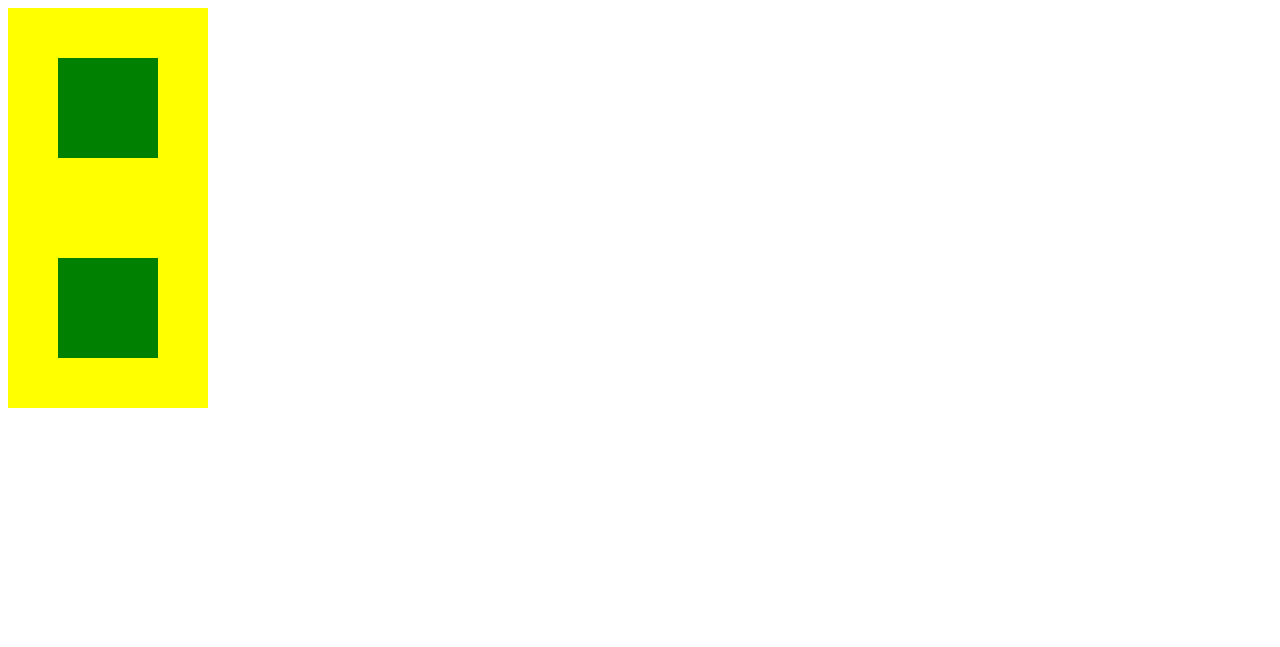
Repository: LumiereXyloto/javascript-data-structure
Page: 实现指定效果/水平垂直居中.html
An editor plug-in stored every save of this project. The page is shown before and after the next save, followed by the edit.
The browser window is 1280 px wide. The pictures show the whole page.

Above is the page before, as saved 2020-02-25 02:07:46.

### 实现指定效果/水平垂直居中.html
<!DOCTYPE html>
<html lang="en">
<head>
  <meta charset="UTF-8">
  <meta name="viewport" content="width=device-width, initial-scale=1.0">
  <title>Document</title>
  <style>
    .wrap1 {
      width: 200px;
      height: 200px;
      background: yellow;
      position: relative;
    }
    .wrap1 .center {
      width: 100px;
      height: 100px;
      background: green;
      margin: auto;
      position: absolute;
      left: 0;
      right: 0;
      top: 0;
      bottom: 0;
    }

    .wrap2{
      width: 200px;
      height: 200px;
      background: yellow;
      display: table-cell;
      vertical-align: middle;
      text-align: center;
    }
    .center2{
      display: inline-block;
      vertical-align: middle;
      width: 100px;
      height: 100px;
      background: green;
    }
  </style>
</head>
<body>
  <div class="wrap1">
    <div class="center"></div>
  </div>
  <div class="wrap2">
    <div class="center2"></div>
  </div>
  <div class="wrap">
    <div class="center"></div>
  </div>
  <div class="wrap">
    <div class="center"></div>
  </div>
</body>
</html>

After the next save:
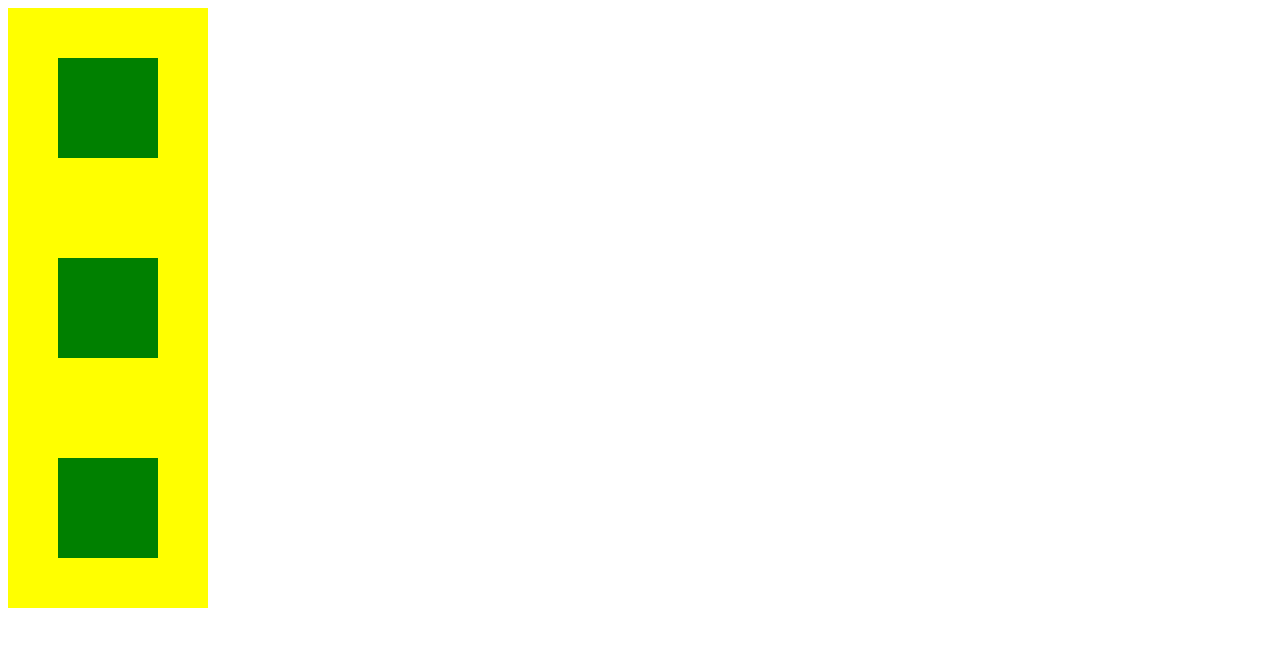
Saved 98 s later.
--- a/实现指定效果/水平垂直居中.html
+++ b/实现指定效果/水平垂直居中.html
@@ -38,6 +38,23 @@
       height: 100px;
       background: green;
     }
+
+    .wrap3 {
+      position: relative;
+      background: yellow;
+      width: 200px;
+      height: 200px;}
+
+    .center3 {
+      position: absolute;
+      background: green;
+      top:50%;
+      left:50%;
+      -webkit-transform:translate(-50%,-50%);
+      transform:translate(-50%,-50%);
+      width: 100px;
+      height: 100px;
+    }
   </style>
 </head>
 <body>
@@ -47,8 +64,8 @@
   <div class="wrap2">
     <div class="center2"></div>
   </div>
-  <div class="wrap">
-    <div class="center"></div>
+  <div class="wrap3">
+    <div class="center3"></div>
   </div>
   <div class="wrap">
     <div class="center"></div>
